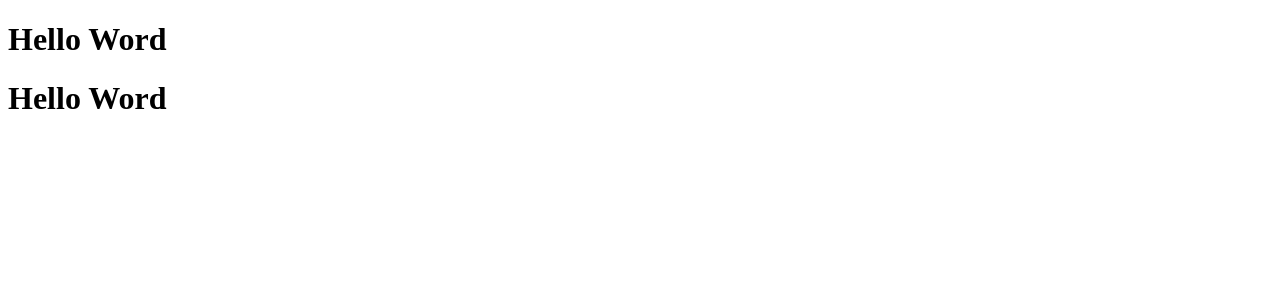
Repository: mpersonsolia/letmeask
Page: /
These files come from the project's save history. The page is drawn as it stood at one moment and after the next save; the edit follows.
The browser window is 1280 px wide. The pictures show the whole page.
The project was rebuilt for these pictures with package versions that can differ from the ones it lists, and the page was loaded fresh each time.

Above is the page before, as saved 2021-06-21 19:28:54.

### src/App.tsx
import Header from './header'

function App() {
  return (
    <div>
   <h1>Hello Word</h1>
   <Header />
   </div>
  );
}

export default App;

### src/services/firebase.ts
import firebase from "firebase/app";

import "firebase/auth";
import "firebase/database";

const firebaseConfig = {
  apiKey: process.env.REACT_APP_API_KEY,
  authDomain: process.env.REACT_APP_AUTH_DOMAIN,
  databaseURL: process.env.REACT_APP_DATABASE_URL,
  projectId: process.env.REACT_APP_PROJECT_ID,
  storageBucket: process.env.REACT_APP_STORAGE_BUCKET,
  messagingSenderId: process.env.REACT_APP_MESSAGING_SENDER_ID,
  appId: process.env.REACT_APP_APP_ID,
};

firebase.initializeApp(firebaseConfig);

export const auth = firebase.auth();
export const database = firebase.database();

### src/header.tsx
function Header() {
  return (
   <>
   <h1>Hello Word</h1>
   </>
  );
}

export default Header;

Loaded but not shown: public/index.html (common file); src/index.tsx (common file)

After the next save:
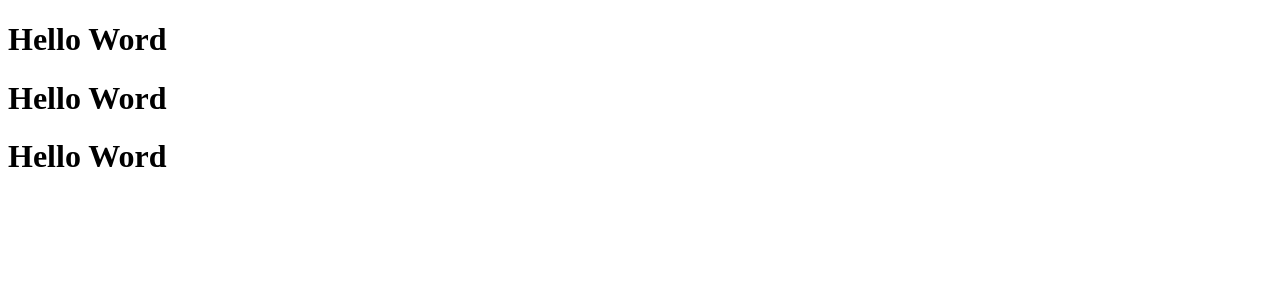
Saved 57 s later.
--- a/src/header.tsx
+++ b/src/header.tsx
@@ -1,6 +1,7 @@
 function Header() {
   return (
    <>
+   <h1>Hello Word</h1>
    <h1>Hello Word</h1>
    </>
   );
